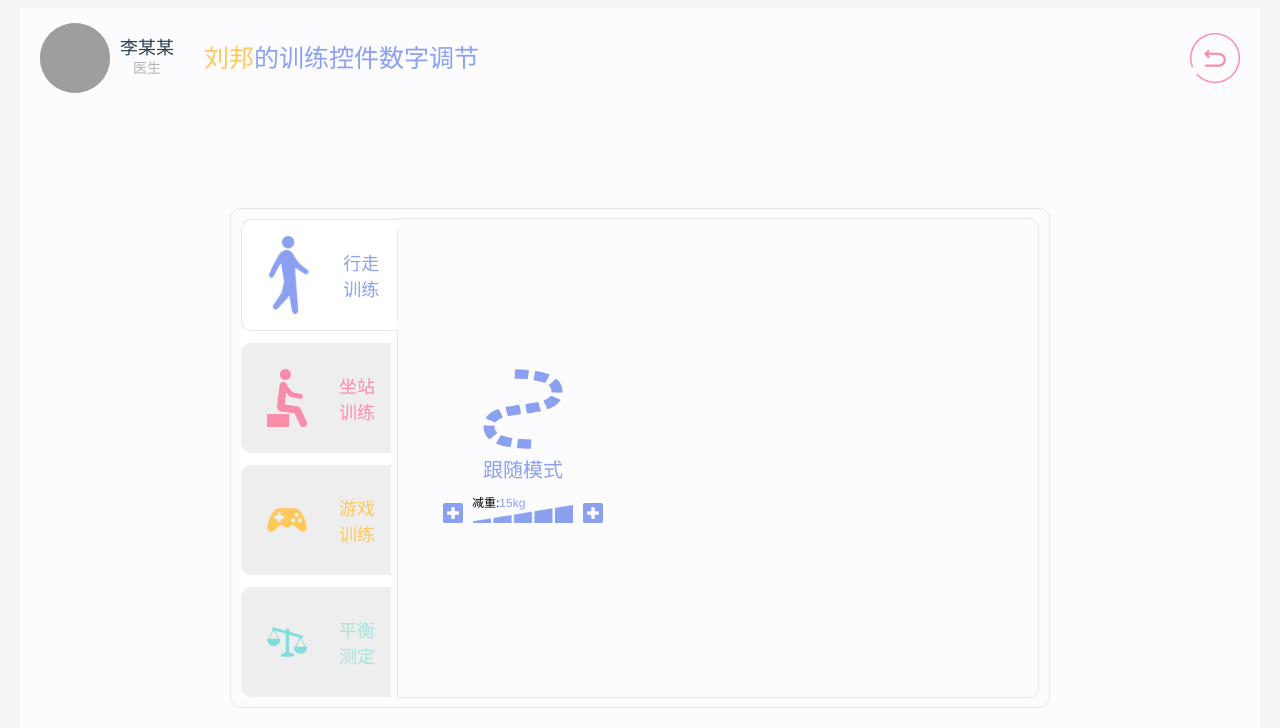
Repository: wangdanqing90/electron-vue-doctor
Page: /#/trainingAdjust
An editor plug-in stored every save of this project. The page is shown before and after the next save, followed by the edit.
The browser window is 1280 px wide. The pictures show the whole page.
Pictures or frames that could not be fetched are drawn as grey boxes. The project was rebuilt for these pictures with package versions that can differ from the ones it lists, and the page was loaded fresh each time. Also part of the build but not shown: vue.config.js, src/views/Home.vue, src/assets/styles/variable.scss, src/assets/styles/iconfont.css.

Above is the page before, as saved 2020-01-15 13:53:25.

### public/index.html
<!DOCTYPE html>
<html lang="en">
  <head>
    <meta charset="utf-8">
    <meta http-equiv="X-UA-Compatible" content="IE=edge">
    <meta name="viewport" content="width=device-width,initial-scale=1.0">
    <link rel="icon" href="<%= BASE_URL %>favicon.ico">
    <title>electron-vue-demo</title>
  </head>
  <body>
    <noscript>
      <strong>We're sorry but electron-vue-demo doesn't work properly without JavaScript enabled. Please enable it to continue.</strong>
    </noscript>
    <div id="app"></div>
    <!-- built files will be auto injected -->
  </body>
</html>

### src/main.js
import Vue from 'vue'
import ElementUI from 'element-ui';
import 'element-ui/lib/theme-chalk/index.css';
import App from './App.vue'
import router from './router'
import store from './store'


import './assets/styles/variable.scss';
import './assets/styles/base.scss';
import './assets/styles/common.scss';
import './assets/styles/iconfont.css';
import common from './assets/js/common.js';


Vue.config.productionTip = false;
Vue.prototype.common = common;
Vue.use(ElementUI);


var vm = new Vue({
  router,
  store,
  render: h => h(App)
}).$mount('#app')





//var addon = require('bindings')('hello');var addon = require('bindings')('hello');
//alert(addon.hello()); // 'world'

### src/App.vue
<template>
  <div id="app">
    <!-- <div id="nav">
      <router-link to="/">Home</router-link> |
      <router-link to="/about">About</router-link>
    </div>-->
    <keep-alive>
      <router-view v-if="$route.meta.keepAlive"></router-view>
    </keep-alive>
    <router-view v-if="!$route.meta.keepAlive"></router-view>
  </div>
</template>

<style lang="scss">
#app {
  font-family: "Avenir", Helvetica, Arial, sans-serif;
  -webkit-font-smoothing: antialiased;
  -moz-osx-font-smoothing: grayscale;
  text-align: center;
  color: #2c3e50;
  height: 100%;
}
#nav {
  padding: 30px;
  a {
    font-weight: bold;
    color: #2c3e50;
    &.router-link-exact-active {
      color: #42b983;
    }
  }
}
</style>

### src/assets/styles/base.scss
html {
  background: #f5f5f5;
  height: 100%;
}

body {
  height: 100%;
}

p {
  margin: 0;
  padding: 0;
}

ol,
ul {
  list-style: none;
  margin: 0;
  padding: 0;
}

a {
  cursor: pointer;
}

.wrap-white {
  background: #fff;
  padding-left: 20px;
  padding-right: 20px;
  overflow: hidden;

}

.el-breadcrumb {
  margin-bottom: 15px;
}

.el-titleText {
  font-size: 20px;
  color: black;
  height: 64px;
  line-height: 64px;
}

//::-webkit-scrollbar {
//  width: 5px;
//  height: 5px;
//}
//
//::-webkit-scrollbar:horizontal {
//  height: 15px;
//}
//
//::-webkit-scrollbar-track-piece:vertical {
//  background-color: rgba(0, 0, 0, 0.2);
//  -webkit-border-radius: 6px;
//}
//
//::-webkit-scrollbar-track:horizontal {
//  background-color: rgba(0, 0, 0, 0.2);
//}
//
//::-webkit-scrollbar-thumb:vertical {
//  height: 5px;
//  background-color: rgba(125, 125, 125, 0.7);
//  -webkit-border-radius: 6px;
//}
//
//::-webkit-scrollbar-thumb:horizontal {
//  width: 5px;
//  background-color: rgba(125, 125, 125, 0.7);
//}

input[type="text"],
input[type="number"] {
  //-webkit-appearance: none;
  background-color: #fff;
  border-radius: 4px;
  border: 1px solid #d8dce5;
  box-sizing: border-box;
  color: #5a5e66;
  display: inline-block;
  font-size: inherit;
  height: 40px;
  line-height: 1;
  outline: 0;
  padding: 0 15px;
  -webkit-transition: border-color .2s cubic-bezier(.645, .045, .355, 1);
  transition: border-color .2s cubic-bezier(.645, .045, .355, 1);
  width: 100%;

  &:hover {
    border-color: #b4bccc;
  }

  &:focus {
    border-color: #409EFF;
    outline: 0;
  }
}

/*滚动条*/
::-webkit-scrollbar {
  -webkit-appearance: none;
}

::-webkit-scrollbar:vertical {
  width: 10px;
}

::-webkit-scrollbar:horizontal {
  height: 10px;
}

::-webkit-scrollbar-thumb {
  background-color: rgba(0, 0, 0, .5);
  border-radius: 10px;
  border: 2px solid #ffffff;
}

::-webkit-scrollbar-track {
  border-radius: 10px;
  background-color: #ffffff;
}

/*margin*/
.margin-bottom-240 {
  margin-bottom: 240px;
}

.margin-top--10 {
  margin-top: -10px;
}

.margin-top--15 {
  margin-top: -15px;
}

.margin-top--18 {
  margin-top: -18px;
}

.margin-top--20 {
  margin-top: -20px;
}

.margin-top--40 {
  margin-top: -40px;
}

.margin-top--60 {
  margin-top: -60px;
}

.margin-top--80 {
  margin-top: -80px;
}

.margin-top--180 {
  margin-top: -180px;
}

.margin-top-0 {
  margin-top: 0px !important;
}

.margin-top-10 {
  margin-top: 10px;
}

.margin-top-15 {
  margin-top: 15px;
}

.margin-top-20 {
  margin-top: 20px;
}

.margin-top-25 {
  margin-top: 25px;
}

.margin-top-30 {
  margin-top: 30px;
}

.margin-top-35 {
  margin-top: 35px;
}

.margin-top-40 {
  margin-top: 40px;
}

.margin-top-46 {
  margin-top: 46px;
}

.margin-top-50 {
  margin-top: 50px;
}

.margin-top-60 {
  margin-top: 60px;
}

.margin-top-70 {
  margin-top: 70px;
}

.margin-top-80 {
  margin-top: 80px;
}

.margin-top-100 {
  margin-top: 100px;
}

.margin-bottom-0 {
  margin-bottom: 0px !important;
}

.margin-bottom-5 {
  margin-bottom: 5px;
}

.margin-bottom-10 {
  margin-bottom: 20px;
}

.margin-bottom-20 {
  margin-bottom: 20px;
}

.margin-bottom-25 {
  margin-bottom: 25px;
}

.margin-bottom-30 {
  margin-bottom: 30px;
}

.margin-bottom-40 {
  margin-bottom: 40px;
}

.margin-bottom-50 {
  margin-bottom: 50px;
}

.margin-bottom-60 {
  margin-bottom: 60px;
}

.margin-bottom-70 {
  margin-bottom: 70px;
}

.margin-left-0 {
  margin-left: 0px !important;
}

.margin-left-5 {
  margin-left: 5px;
}

.margin-left--15 {
  margin-left: -15px;
}

.margin-left--35 {
  margin-left: -35px;
}

.margin-left-10 {
  margin-left: 10px;
}

.margin-left-25 {
  margin-left: 25px;
}

.margin-left-30 {
  margin-left: 30px;
}

.margin-left-40 {
  margin-left: 40px;
}

.margin-right-0 {
  margin-right: 0px;
}

.margin-right-5 {
  margin-right: 5px;
}

.margin-right-10 {
  margin-right: 10px;
}

.margin-right-30 {
  margin-right: 30px;
}


.margin-right--15 {
  margin-right: -15px;
}

.margin-right--35 {
  margin-right: -35px;
}

.margin-right--50 {
  margin-right: -50px;
}

.margin-0 {
  margin: 0px;
}

.padding-top-5 {
  padding-top: 5px;
}

.padding-top-10 {
  padding-top: 10px;
}

.padding-top-15 {
  padding-top: 15px;
}

.padding-top-20 {
  padding-top: 20px;
}

.padding-top-26 {
  padding-top: 26px;
}

.padding-top-30 {
  padding-top: 30px;
}

.padding-top-35 {
  padding-top: 35px;
}

.padding-top-40 {
  padding-top: 40px;
}

.padding-top-60 {
  padding-top: 60px;
}

.padding-top-70 {
  padding-top: 70px;
}

.padding-top-100 {
  padding-top: 100px;
}

.padding-top-150 {
  padding-top: 150px;
}

.padding-top-250 {
  padding-top: 250px;
}

.padding-left-0 {
  padding-left: 0px;
}

.padding-left-5 {
  padding-left: 5px;
}

.padding-left-7 {
  padding-left: 7.5px;
}

.padding-left-10 {
  padding-left: 10px;
}

.padding-left-12 {
  padding-left: 12px;
}

.padding-left-15 {
  padding-left: 15px;
}

.padding-left-20 {
  padding-left: 20px;
}

.padding-left-24 {
  padding-left: 24px;
}

.padding-left-30 {
  padding-left: 30px;
}

.padding-left-40 {
  padding-left: 40px;
}

.padding-left-50 {
  padding-left: 50px;
}

.padding-left-70 {
  padding-left: 70px;
}

.padding-left-90 {
  padding-left: 90px;
}

.padding-bottom-5 {
  padding-bottom: 5px;
}

.padding-bottom-10 {
  padding-bottom: 10px;
}

.padding-bottom-20 {
  padding-bottom: 20px;
}

.padding-bottom-26 {
  padding-bottom: 26px;
}

.padding-bottom-30 {
  padding-bottom: 30px;
}

.padding-bottom-40 {
  padding-bottom: 40px;
}

.padding-bottom-50 {
  padding-bottom: 50px;
}

.padding-bottom-60 {
  padding-bottom: 60px;
}

.padding-bottom-100 {
  padding-bottom: 100px;
}

.padding-right-0 {
  padding-right: 0px;
}

.padding-right-7 {
  padding-right: 7.5px;
}

.padding-right-15 {
  padding-right: 15px;
}

.padding-right-30 {
  padding-right: 30px;
}

.padding-right-40 {
  padding-right: 40px;
}

.padding-right-50 {
  padding-right: 50px;
}

.padding-right-60 {
  padding-right: 60px;
}

.padding-right-90 {
  padding-right: 90px;
}

.padding-0 {
  padding: 0px !important;
}

.padding-15 {
  padding: 15px;
}

.padding-20 {
  padding: 20px;
}

@media (min-width: 992px) {
  .margin-left-15 {
    margin-left: 15px;
  }

  .margin-right-15 {
    margin-right: 15px;
  }
}

body {
  font-size: 12px;
  color: #7F8FA4;
  font-family: "Helvetica Neue", Helvetica, "PingFang SC", "Hiragino Sans GB", "Microsoft YaHei", "微软雅黑", Arial, sans-serif;
  box-sizing: border-box;
}

.container {
  width: 1200px;
  min-height: 100%;
  margin: 0 auto;
  background: #fcfcfe;
  padding: 0 20px;
}

.el-dialog__body {
  font-size: 12px;
}

.pb10 {
  padding-bottom: 10px;
}

.pb30 {
  padding-bottom: 30px;
}

.mb30 {
  margin-bottom: 30px;
}

.toolbar {
  background: #fff;
  padding: 10px;
  margin: 10px 0px;
  text-align: center;
}

.handleMoreWrap .el-dialog__body {
  padding: 10px;
}

.handleMore-title {
  text-align: center;
  padding-bottom: 6px;
}

.handleMoreHeight {
  max-height: 300px;
  overflow: hidden;
  overflow-y: auto;
  border-top: 1px solid #ddd;
  padding-top: 10px;
}

.el-table__header th {
  white-space: nowrap;
  font-size: 12px;
  font-weight: 100;
}

.content-wrapper {
  -webkit-overflow-scrolling: touch;
}

.center {
  text-align: center;
}

.text-right {
  text-align: right;
}

.text-left {
  text-align: left;
}

.f-left {
  float: left;
}

.f-right {
  float: right;
}

.hand {
  cursor: pointer;
}

/*flex兼容*/
.display_flex {
  display: -webkit-box;
  display: -ms-flexbox;
  display: -webkit-flex;
  display: flex;
}

// .display_flex>* {
//   display: block;
// }

.display_inline-flex {
  display: -webkit-inline-box;
  display: -ms-inline-flexbox;
  display: -webkit-inline-flex;
  display: inline-flex;
}

// .display_inline-flex>* {
//   display: block;
// }

/*伸缩流方向*/
.flex-direction_column {
  -webkit-box-orient: vertical;
  -ms-flex-direction: column;
  -webkit-flex-direction: column;
  flex-direction: column;
}

/*主轴对齐*/
.justify-content_flex-center {
  -webkit-box-pack: center;
  -ms-flex-pack: center;
  -webkit-justify-content: center;
  justify-content: center;
}

.justify-content_flex-start {
  -webkit-box-pack: start;
  -ms-flex-pack: start;
  -webkit-justify-content: flex-start;
  justify-content: flex-start;
}

.justify-content_flex-end {
  -webkit-box-pack: end;
  -ms-flex-pack: end;
  -webkit-justify-content: flex-end;
  justify-content: flex-end;
}

.justify-content_flex-justify {
  -webkit-box-pack: justify;
  -ms-flex-pack: justify;
  -webkit-justify-content: space-between;
  justify-content: space-between;
}

.justify-content_flex-around {
  -webkit-box-pack: justify;
  -ms-flex-pack: justify;
  -webkit-justify-content: space-around;
  justify-content: space-around;
}

/*侧轴对齐*/
.align-items_flex-start {
  -webkit-box-align: start;
  -ms-flex-align: start;
  -webkit-align-items: flex-start;
  align-items: flex-start;
}

.align-items_flex-end {
  -webkit-box-align: end;
  -ms-flex-align: end;
  -webkit-align-items: flex-end;
  align-items: flex-end;
}

.align-items_center {
  -webkit-box-align: center;
  -ms-flex-align: center;
  -webkit-align-items: center;
  align-items: center;
}

.align-items_baseline {
  -webkit-box-align: baseline;
  -ms-flex-align: baseline;
  -webkit-align-items: baseline;
  align-items: baseline;
}

/*伸缩性*/
.flex_auto {
  -webkit-box-flex: 1;
  -ms-flex: auto;
  -webkit-flex: auto;
  flex: auto;
}

.flex_1 {
  width: 0;
  -webkit-box-flex: 1;
  -ms-flex: 1;
  -webkit-flex: 1;
  flex: 1;
}

/*显示顺序*/
.order_2 {
  -webkit-box-ordinal-group: 2;
  -ms-flex-order: 2;
  -webkit-order: 2;
  order: 2;
}

.order_3 {
  -webkit-box-ordinal-group: 3;
  -ms-flex-order: 3;
  -webkit-order: 3;
  order: 3;
}

### src/assets/styles/common.scss
.clearfix {

  &::after {
    display: block;
    height: 0;
    content: ".";
    clear: both;
    visibility: hidden;
  }
}

.float-left {
  float: left;
}

.float-right {
  float: right;
}

.align-left {
  text-align: left;
}

.align-right {
  text-align: right;
}

.small-size {
  font-size: 12px !important;
}

.large-size {
  font-size: 16px !important;
}

.New-elFrom {
  padding: 10px;
  background: #fff;

  .el-form-item {
    margin-bottom: 0;
  }

  .el-form-item__label {
    padding: 0;
    line-height: 30px;
    font-size: 12px;
    color: #7F8FA4;

  }

  .el-form-item__content-btn {
    text-align: center;
    padding: 20px 0 10px;
  }

  .el-select {
    display: block;
  }

  .el-date-editor.el-input,
  .el-input-number--medium {
    width: 100%;
  }
}

.el-radio-group {
  display: flex;
  display: -webkit-flex;
}

.el-radio-group .el-radio-button {
  flex: 1;
}



.el-button.purple,
.el-button.purple:active,
.el-button.purple:focus,
.el-button.purple:hover {
  color: white;
  background-color: #8c69e7;
  border: none;
  box-shadow: 0 2px 12px 0 rgba(240, 240, 240, 0.1)
}



.el-dialog {
  border-radius: 10px;

  .el-dialog__body {
    .purple {
      color: $purpleFontColor;
      font-size: 20px;
    }
  }
}

.el-form-item__label {
  color: $purpleFontColor;
}

.el-message-box .el-message-box__content {
  color: $purpleFontColor;
  font-size: 20px;
  margin: 30px 0;
  text-align: center;
}

.purpleFontColor {
  color: $purpleFontColor;
}

.pinkFontColor {
  color: $pinkFontColor;
}

.greenFontColor {
  color: $greenFontColor;
}

.yellowFontColor {
  color: $yellowFontColor;
}

### src/assets/js/common.js
1
export default {
    login: function () {
        console.log("1111");
    },

    // 判断是否为空
    isNullOrBlank: function (strJudge) {
        return strJudge === null || strJudge === undefined || strJudge === '';
    },

    // 计算两个日期时间差
    DateDiff: function (sDate1, sDate2) { // sDate1和sDate2是2002-12-18格式
        var aDate, oDate1, oDate2, iDays
        aDate = sDate1.split('-')
        oDate1 = new Date(aDate[1] + '-' + aDate[2] + '-' + aDate[0])
        aDate = sDate2.split('-')
        oDate2 = new Date(aDate[1] + '-' + aDate[2] + '-' + aDate[0])
        iDays = parseInt(Math.abs(oDate1 - oDate2) / 1000 / 60 / 60 / 24)
        return iDays
    }
}

### src/views/TrainingAdjust/TrainingAdjust.vue
/* eslint-disable vue/no-unused-vars */
<template>
  <div class="container">
    <HeaderDoctor :leftImg="leftImg" :title="title" :titleName="titleName">
      <template v-slot:right>
        <div class="header-right-div display_flex justify-content_flex-center align-items_center">
          <img src="@/../images/back.png" @click="backClick" />
        </div>
      </template>
    </HeaderDoctor>

    <div class="inform-container">
      <div class="inform-inner display_flex justify-content_flex-justify align-items_center">
        <div
          class="left display_inline-flex flex-direction_column justify-content_flex-justify align-items_center"
        >
          <div
            class="left-inner"
            :class="activeClass == index ? 'active':''"
            v-for="(item,index) in tagList"
            :key="index"
            @click="getItem(index)"
          >
            <div
              class="left-inner-inner display_flex justify-content_flex-around align-items_center"
            >
              <img :src="item.imgsrc" />
              <div :class="item.colorClass">
                <div>{{item.name}}</div>
                <div>{{item.namebottom}}</div>
              </div>
            </div>
          </div>
        </div>
        <div class="right display_flex justify-content_flex-justify align-items_center">
          <AdjustContiner :type="1"></AdjustContiner>
        </div>
      </div>
    </div>
  </div>
</template>

<script>
import HeaderDoctor from "@/components/HeaderDoctor/HeaderDoctor.vue";
import AdjustContiner from "@/components/Adjust/AdjustContiner.vue";

export default {
  name: "trainingPlan",
  components: {
    HeaderDoctor,
    AdjustContiner
  },

  data() {
    return {
      leftImg: "",
      activeClass: 0,
      activeRightClass: 0,
      tagList: [
        {
          name: "行走",
          namebottom: "训练",
          id: 1,
          imgsrc: require("@/../images/walkingtraining.png"),
          colorClass: "purpleFontColor"
        },
        {
          name: "坐站",
          namebottom: "训练",
          id: 2,
          imgsrc: require("@/../images/stationtraining.png"),
          colorClass: "pinkFontColor"
        },
        {
          name: "游戏",
          namebottom: "训练",
          id: 3,
          imgsrc: require("@/../images/gametraining.png"),
          colorClass: "yellowFontColor"
        },
        {
          name: "平衡",
          namebottom: "测定",
          id: 4,
          imgsrc: require("@/../images/balancedetermination.png"),
          colorClass: "greenFontColor"
        }
      ],
      adjustList: [
        {
          selectedImg: require("@/../images/followmode_0.png"),
          unselectedImg: require("@/../images/followmode_2.png"),
          title: "跟随模式",
          width: "210px",
          colorClass: "pinkFontColor",
          activeRightClass: true
        },
        {
          selectedImg: require("@/../images/followmode_0.png"),
          unselectedImg: require("@/../images/followmode_2.png"),
          title: "跟随模式",
          width: "210px",
          colorClass: "pinkFontColor",
          activeRightClass: false
        }
      ]
    };
  },
  created() {
    this.leftImg = require("../../../images/logo.png");
    this.title = "的训练控件数字调节";
    this.titleName = "刘邦";
  },
  methods: {
    backClick() {
      this.$router.go(-1);
    },
    getItem(index) {
      this.activeClass = index; // 把当前点击元素的index，赋值给activeClass
    },
    selectClick(index) {
      this.activeRightClass = index; // 把当前点击元素的index，赋值给activeClass
    }
  },
  watch: {}
};
</script>

<style scoped lang="scss">
.header {
  .header-right {
    img {
      width: 50px;
      margin-left: 20px;
    }
  }
}
.inform-container {
  box-sizing: border-box;
  margin: 100px auto;
  height: 500px;
  font-size: 12px;
  border-radius: 10px;
  border: 1px solid #e7e7e7;
  width: 820px;

  .inform-inner {
    box-sizing: border-box;
    padding: 10px;
    height: 100%;
    font-size: 18px;
    .left {
      width: 150px;
      background: white;
      height: 100%;
      z-index: 10;
      .left-inner {
        width: 100%;
        border-radius: 10px 0 0 10px;
        background: #eeeeee;
        .left-inner-inner {
          height: 90px;
          margin: 10px 0 10px 10px;
        }
        img {
          width: 40px;
        }
      }
      .active {
        background: white;
        border-top: 1px solid #e7e7e7;
        border-left: 1px solid #e7e7e7;
        border-bottom: 1px solid #e7e7e7;
        width: 156px;
        margin-right: -6px;
        .left-inner-inner {
          border-right: 1px solid #e7e7e7;
        }
      }
    }
    .right {
      width: 640px;
      height: 100%;
      border-top: 1px solid #e7e7e7;
      border-right: 1px solid #e7e7e7;
      border-bottom: 1px solid #e7e7e7;
      border-left: 1px solid #e7e7e7;
      border-radius: 0 10px 10px 0;
      color: #dcdcdc;
    }
  }
}
</style>

### src/components/HeaderDoctor/HeaderDoctor.vue
// 头部组件
<template>
  <el-row>
    <el-col :span="24" class="header">
      <div
        @click="jumpDoctorInform"
        class="header-left f-left display_flex justify-content_flex-center align-items_center"
      >
        <el-avatar
          :size="70"
          src="https://cube.elemecdn.com/0/88/03b0d39583f48206768a7534e55bcpng.png"
        ></el-avatar>
        <div
          class="display_flex flex-direction_column justify-content_flex-center align-items_center margin-left-10"
        >
          <div class="name">李某某</div>
          <div class="job">医生</div>
        </div>
      </div>
      <div class="header-middle-name f-left">{{titleName}}</div>
      <div class="header-middle f-left">{{title}}</div>

      <div class="header-right f-right">
        <slot name="right"></slot>
      </div>
    </el-col>
  </el-row>
</template>

<script>
export default {
  name: "HeaderDoctor",
  props: {
    msg: String,
    leftImg: {
      type: String,
      default: "../../../images/logo.png"
    },
    title: { String, default: "" },
    titleName: { String, default: "" }
  },

  data() {
    return {};
  },

  created() {},
  beforeDestroy() {},
  beforeMount() {},
  mounted() {},
  destroyed() {},
  methods: {
    jumpDoctorInform() {
      this.$router.push({
        path: "/detailInform",
        name: "detailInform",
        query: { type: "doctor" }
      });
    }
  }
};
</script>

<style scoped lang="scss">
.header {
  height: 100px;
  line-height: 100px;
  .header-left {
    height: 100%;
    text-align: left;
    margin-right: 30px;
    img {
      width: 150px;
    }
    .name {
      height: 20px;
      line-height: 20px;
      font-size: 18px;
    }
    .job {
      height: 20px;
      line-height: 20px;
      font-size: 14px;
      color: #b0b3b9;
    }
  }
  .header-middle-name {
    font-size: 25px;

    color: $yellowFontColor;
  }
  .header-middle {
    font-size: 25px;

    color: $purpleFontColor;
  }
  .header-right {
    height: 100%;
  }
}

::v-deep .header-right-div {
  height: 100%;
}
</style>

### src/components/Adjust/AdjustContiner.vue
// 调节组件
<template>
  <div class="adjust-container" :class="config.fontColor">
    <div class="top">
      <img :src="config.imgsrc" />
      <div>{{config.title}}</div>
    </div>
    <div class="bottom">
      <Adjust :adjust="config.adjusts[0]" :fontColor="config.fontColor"></Adjust>
    </div>
  </div>
</template>

<script>
import Adjust from "@/components/Adjust/Adjust.vue";
export default {
  name: "AdjustContiner",
  components: {
    Adjust
  },
  props: {
    type: {
      type: Number,
      default: 0
    }
  },

  data() {
    return {
      config: {}
    };
  },

  created() {
    if (this.type === 1) {
      //跟随模式
      this.config = {
        title: "跟随模式",
        imgsrc: require("@/../images/followmode_1.png"),
        imgsrcGray: require("@/../images/followmode_2.png"),
        width: "120px",
        fontColor: "purpleFontColor",
        adjusts: [
          {
            name: "减重",
            step: 1,
            unit: "KG"
          },
          {
            name: "定距",
            step: 10,
            unit: "M"
          },
          {
            name: "速度",
            step: 100,
            unit: "MM/s"
          }
        ]
      };
    }
  },
  beforeDestroy() {},
  beforeMount() {},
  mounted() {},
  destroyed() {},
  methods: {}
};
</script>

<style scoped lang="scss">
.adjust-container {
  width: 210px;
  padding: 50px 20px;
  //   .purpleFontColor {
  //     color: $purpleFontColor;
  //   }

  //   .pinkFontColor {
  //     color: $pinkFontColor;
  //   }

  //   .greenFontColor {
  //     color: $greenFontColor;
  //   }

  //   .yellowFontColor {
  //     color: $yellowFontColor;
  //   }
  .top {
    font-size: 20px;
    img {
      width: 80px;
    }
  }
}
</style>

### src/components/Adjust/Adjust.vue
// 调节组件
<template>
  <div class="adjust">
    <img class="adjustLeft" src="@/../images/add_1.png" />
    <img class="adjustMiddle" src="@/../images/blue_5.png" />
    <img class="adjustRight" src="@/../images/add_1.png" />
    <div class="inform">
      <span>减重:</span>15kg
    </div>
  </div>
</template>

<script>
export default {
  name: "Adjust",
  props: {
    adjust: {
      type: Object,
      default: () => {}
    },
    fontColor: {
      type: String,
      default: "purpleFontColor"
    }
  },

  data() {
    return {
      imgArry: []
    };
  },

  created() {
    console.log(this.adjust);
    if (this.fontColor == "purpleFontColor") {
      this.imgArry = [
        require("@/../images/blue_0.png"),
        require("@/../images/blue_1.png"),
        require("@/../images/blue_2.png"),
        require("@/../images/blue_3.png"),
        require("@/../images/blue_4.png"),
        require("@/../images/blue_5.png")
      ];
    }
  },
  beforeDestroy() {},
  beforeMount() {},
  mounted() {},
  destroyed() {},
  methods: {}
};
</script>

<style scoped lang="scss">
.adjust {
  position: relative;
  padding: 20px 0;
  .adjustLeft,
  .adjustRight {
    width: 20px;
  }
  .adjustMiddle {
    width: 100px;
    margin: 0 10px;
  }
  .inform {
    font-size: 12px;
    position: absolute;
    top: 10px;
    left: 54px;
    span {
      color: black;
    }
  }
}
</style>

Loaded but not shown: src/store.js (common file); src/router.js (99 lines, source omitted)

After the next save:
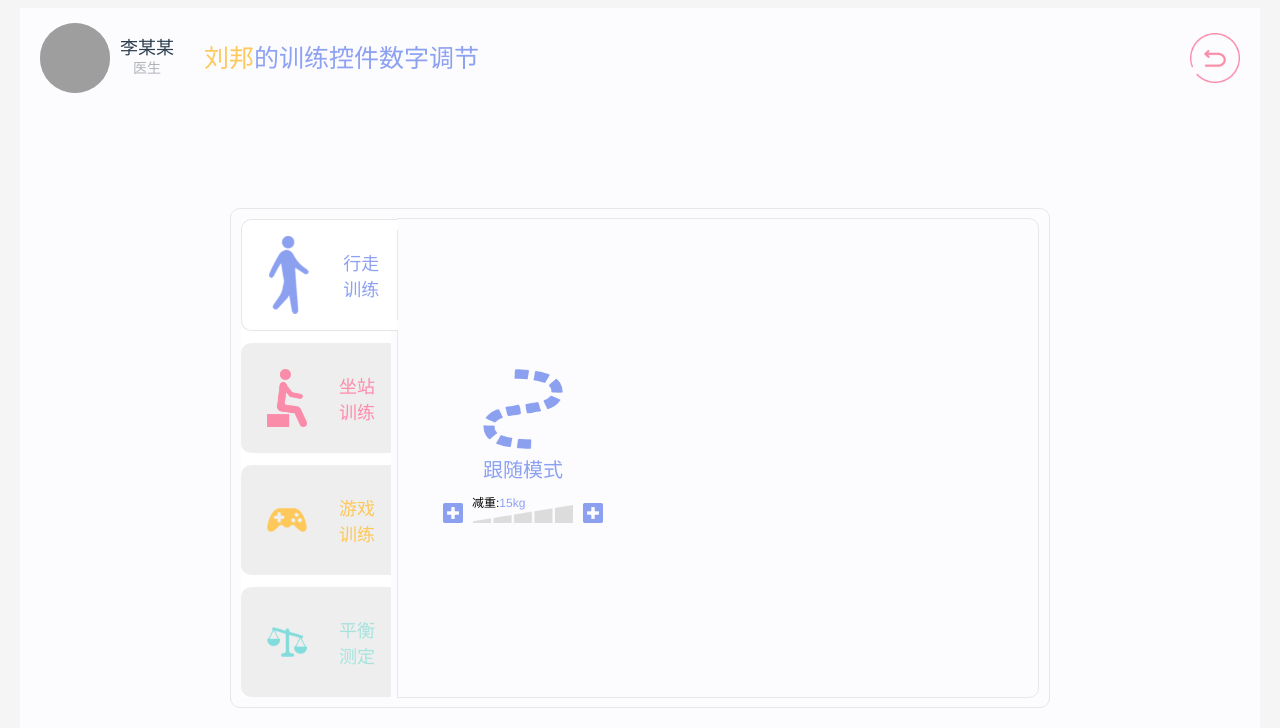
Saved 2 min 42 s later.
--- a/src/components/Adjust/Adjust.vue
+++ b/src/components/Adjust/Adjust.vue
@@ -2,7 +2,7 @@
 <template>
   <div class="adjust">
     <img class="adjustLeft" src="@/../images/add_1.png" />
-    <img class="adjustMiddle" src="@/../images/blue_5.png" />
+    <img class="adjustMiddle" :src="this.imgArry[0]" />
     <img class="adjustRight" src="@/../images/add_1.png" />
     <div class="inform">
       <span>减重:</span>15kg
